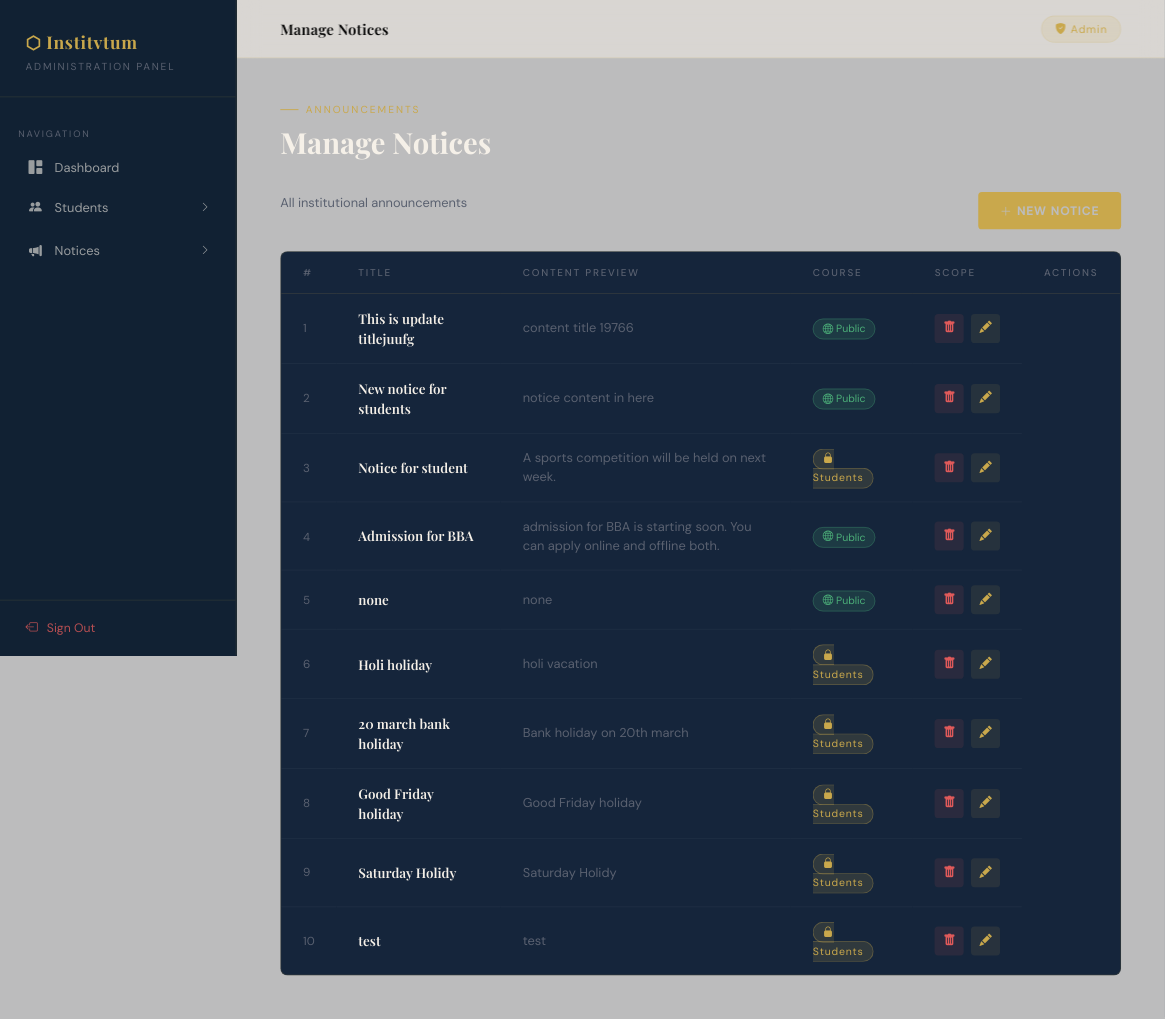
Repository: Yashaswini-penumarthi/x24262404-devops-project
Page: http://localhost/admin_panel/manage_notices/
The author's editor kept a record of every edit. The page is drawn from the files as they stood at one moment, then again after the next edit.
The browser window is 1280 px wide. The pictures show the whole page, at 91% of full size.
The page is served by the project's application, run on Django 4.2 (manage.py). Other server files are loaded and not shown. The page reads the database file committed with the project.

Above is the page before.

### templates/admin/manage_notices.html
{% extends 'admin/admin_base.html' %}

{% block title %}Admin — Manage Notices{% endblock %}
{% block top_title %}Manage Notices{% endblock %}

{% block body %}
<div class="page-heading">
  <div class="eyebrow">Announcements</div>
  <h1>Manage Notices</h1>
</div>

<div style="display:flex;justify-content:space-between;align-items:center;margin-bottom:24px;">
  <p style="color:var(--muted);font-size:0.88rem;">All institutional announcements</p>
  <a href="{% url 'add_notice' %}" class="btn-submit" style="text-decoration:none;padding:11px 24px;font-size:0.8rem;">
    <i class="bi bi-plus-lg"></i> New Notice
  </a>
</div>

<div class="panel-card">
  <table class="data-table">
    <thead>
      <tr>
        <th>#</th>
        <th>Title</th>
        <th>Content Preview</th>
        <th>Course</th>
        <th>Scope</th>
        <th>Actions</th>
      </tr>
    </thead>
    <tbody>
      {% for notice in notices %}
      <tr>
        <td style="color:var(--muted);font-size:0.8rem;">{{ forloop.counter }}</td>
        <td style="font-family:'Playfair Display',serif;font-weight:600;color:var(--cream);font-size:0.92rem;">{{ notice.title }}</td>
        <td style="color:var(--muted);max-width:380px;">{{ notice.content|truncatechars:80 }}</td>
        <td>
          {% if notice.isPublic %}
            <span class="badge-success"><i class="bi bi-globe2"></i> Public</span>
          {% else %}
            <span class="badge-gold"><i class="bi bi-lock-fill"></i> Students</span>
          {% endif %}
        </td>
        <td>
          <div style="display:flex;gap:8px;">
            <a href="{% url 'delete_notice' notice.id %}" class="action-btn action-btn-danger" title="Delete">
              <i class="bi bi-trash-fill"></i>
            </a>
            <button class="action-btn action-btn-primary" data-bs-toggle="modal" data-bs-target="#editModal{{ notice.id }}" title="Edit">
              <i class="bi bi-pencil-fill"></i>
            </button>
          </div>
        </td>
      </tr>

      <!-- EDIT MODAL -->
      <div class="modal fade" id="editModal{{ notice.id }}" tabindex="-1" aria-hidden="true">
        <div class="modal-dialog modal-lg modal-dialog-centered">
          <div class="modal-content">
            <div class="modal-header">
              <h5 class="modal-title"><i class="bi bi-pencil-square" style="color:var(--gold);margin-right:8px;"></i> Edit Notice</h5>
              <button type="button" class="btn-close" data-bs-dismiss="modal"></button>
            </div>
            <form action="{% url 'update_notice' notice.id %}" method="post">
              {% csrf_token %}
              <div class="modal-body">
                <div class="field-group">
                  <label class="field-label">Title</label>
                  <input type="text" name="title" value="{{ notice.title }}" class="field-input" required>
                </div>
                <div class="field-group">
                  <label class="field-label">Content</label>
                  <textarea name="content" class="field-input" rows="6">{{ notice.content }}</textarea>
                </div>
                <div class="field-group">
                  <label class="field-label">Course</label>
                  <textarea name="content" class="field-input" rows="6">{{ notice.course }}</textarea>
                </div>
                <div class="field-group">
                  <label class="field-label">Visibility</label>
                  <select name="status" class="field-input">
                    <option value="True" {% if notice.isPublic %}selected{% endif %}>Public — Visible to everyone</option>
                    <option value="False" {% if not notice.isPublic %}selected{% endif %}>Students Only</option>
                  </select>
                </div>
              </div>
              <div class="modal-footer">
                <button type="button" class="btn btn-secondary" data-bs-dismiss="modal" style="background:rgba(255,255,255,0.06);border:1px solid rgba(255,255,255,0.1);color:var(--cream);border-radius:4px;padding:9px 20px;">Cancel</button>
                <button type="submit" class="btn-submit" style="padding:9px 24px;font-size:0.8rem;">Update Notice</button>
              </div>
            </form>
          </div>
        </div>
      </div>
      {% endfor %}
    </tbody>
  </table>
</div>
{% endblock %}

### main/models.py
from django.db import models

class AboutPage(models.Model):
    """About page model."""
    about = models.TextField()

    def __str__(self):
        return str(self.about)


class ContactPage(models.Model):
    """Contact page model."""
    address = models.TextField()
    contact_num = models.IntegerField()
    email = models.EmailField()

    def __str__(self):
        return str(self.address)


class Student(models.Model):
    """Student model."""
    full_name = models.CharField(max_length=100)
    father_name = models.CharField(max_length=100)
    mother_name = models.CharField(max_length=100)
    gender = models.CharField(max_length=50, default="Male")
    address = models.CharField(max_length=100)
    city = models.CharField(max_length=50)
    email = models.EmailField()
    contact_num = models.IntegerField(default=1234567)
    date_of_birth = models.DateField()
    course = models.CharField(max_length=50)
    stu_id = models.CharField(max_length=50)
    user_name = models.CharField(max_length=50)
    password = models.CharField(max_length=100)

    def __str__(self):
        return str(self.full_name)


class Notice(models.Model):
    """Notice model."""
    title = models.CharField(max_length=200)
    content = models.TextField()
    isPublic = models.BooleanField(default=False)

    def __str__(self):
        return str(self.title)


class Teacher(models.Model):
    """Teacher model."""
    full_name = models.CharField(max_length=100)
    gender = models.CharField(max_length=50)
    email = models.EmailField()
    contact_num = models.CharField(max_length=20)
    qualification = models.TextField()

    def __str__(self):
        return str(self.full_name)

### notice/urls.py
from django.contrib import admin
from django.urls import path, include

urlpatterns = [
    path('admin/', admin.site.urls),
    path('', include('main.urls'))
]

### main/urls.py
from django.urls import path
from . import views

urlpatterns = [
    path('', views.home, name="home"),
    path('about/', views.about, name="about"),
    path('contact/', views.contact, name="contact"),
    path('admin_panel/dashboard', views.adminPanel, name="admin_panel"),
    path('admin_panel/login/', views.adminLogin, name="admin_login"),
    path('admin_panel/logout/', views.adminLogout, name="admin_logout"),
    path('student/login/', views.studentLogin, name="student_login"),
    path('admin_panel/add_student/', views.addStudent, name="add_student"),
    path('admin_panel/about/', views.adminAbout, name="admin_about"),
    path('admin_panel/update_about/<str:id>/', views.updateAbout, name="update_about"),
    path('admin_panel/contact/', views.adminContact, name="admin_contact"),
    path('admin_panel/update_contact/<str:id>/', views.updateContact, name="update_contact"),
    path('admin_panel/manage_students/', views.manageStudent, name="manage_students"),
    path('admin_panel/update_student/<str:id>/', views.updateStudent, name="update_student"),
    path('admin_panel/delete_student/<str:id>/', views.deleteStudent, name="delete_student"),
    path('admin_panel/add_notice/', views.addNotice, name="add_notice"),
    path('admin_panel/manage_notices/', views.manageNotices, name="manage_notices"),
    path('admin_panel/delete_notice/<str:id>/', views.deleteNotice, name="delete_notice"),
    path('admin_panel/update_notice/<str:id>/', views.updateNotice, name="update_notice"),
    path('admin_panel/add_teacher/', views.addTeacher, name="add_teacher"),
    path('admin_panel/manage_teacher/', views.manageTeachers, name="manage_teachers"),
    path('admin_panel/delete_teacher/<str:id>/', views.deleteTeacher, name="delete_teacher"),
    path('student/dashboard/', views.studentDashboard, name="student_dashboard"),
    path('student/logout/', views.studentLogout, name="student_logout"),
    path('student/update_teacher/<str:id>/', views.updateFaculty, name="update_teacher"),
    path('student/view_notices/', views.viewNotices, name="view_notices"),
    path('student/student_settings/', views.studentSettings, name="student_settings")
]

### db.sqlite3 (the tables this page reads, as SQL)
CREATE TABLE "main_notice" ("id" integer NOT NULL PRIMARY KEY AUTOINCREMENT, "title" varchar(200) NOT NULL, "content" text NOT NULL, "isPublic" bool NOT NULL, "course" varchar(50) NULL);
INSERT INTO "main_notice" VALUES
(1, 'This is update titlejuufg', 'content title 19766', 1, NULL),
(4, 'New notice for students', 'notice content in here', 1, NULL),
(5, 'Notice for student', 'A sports competition will be held on next week.', 0, NULL),
(6, 'Admission for BBA', 'admission for BBA is starting soon. You can apply online and offline both.', 1, NULL),
(8, 'none', 'none', 1, NULL),
(9, 'Holi holiday', 'holi vacation', 0, NULL),
(10, '20 march bank holiday', 'Bank holiday on 20th march', 0, 'BCA'),
(11, 'Good Friday holiday', 'Good Friday holiday', 0, 'MBA'),
(12, 'Saturday Holidy', 'Saturday Holidy', 0, 'MBA'),
(13, 'test', 'test', 0, 'MBA');

Loaded but not shown: templates/admin/admin_base.html (442 lines, source omitted); main/views.py (439 lines, source omitted)

After the next edit:
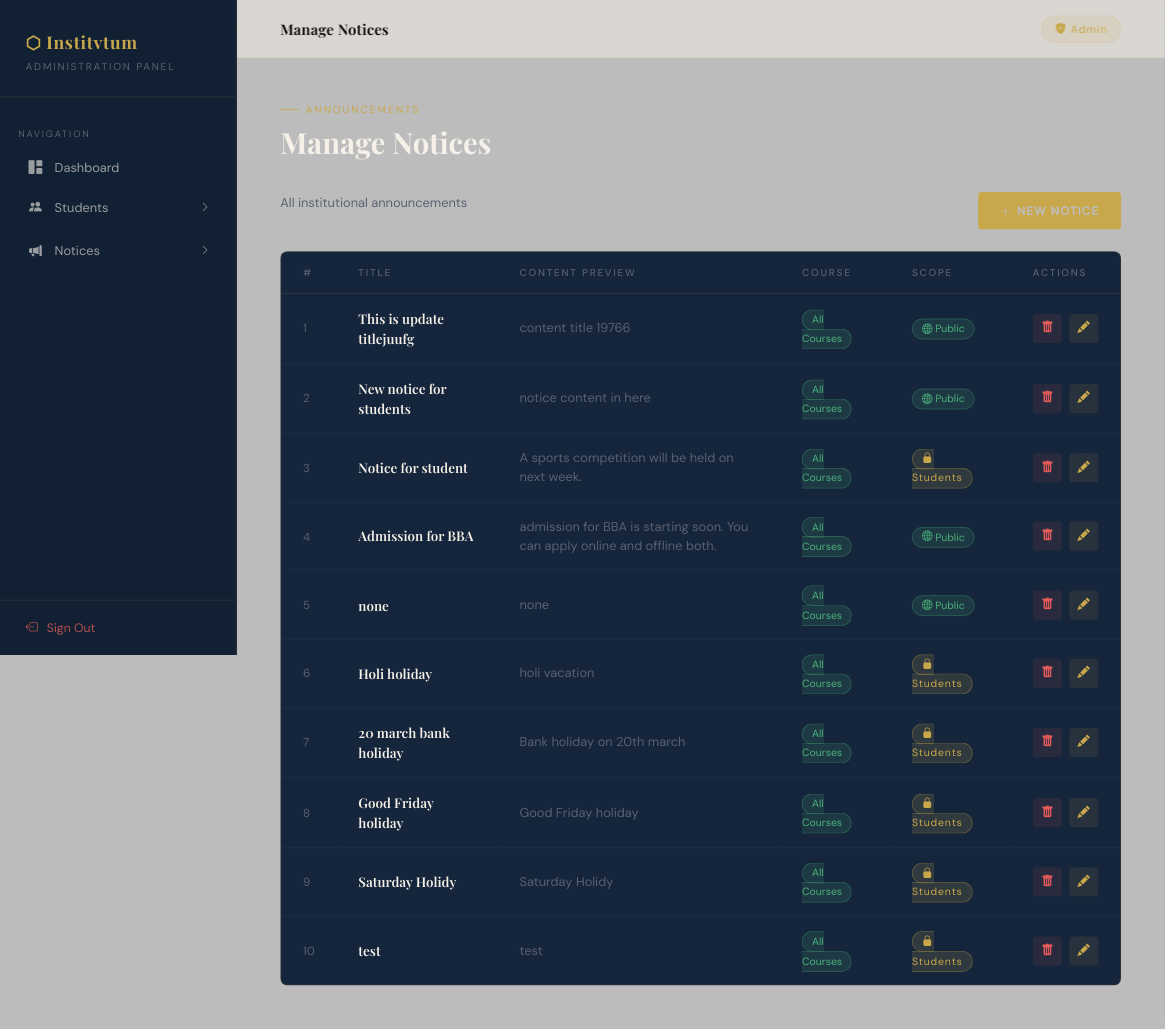
The edit:
--- a/templates/admin/manage_notices.html
+++ b/templates/admin/manage_notices.html
@@ -34,6 +34,13 @@
         <td style="color:var(--muted);font-size:0.8rem;">{{ forloop.counter }}</td>
         <td style="font-family:'Playfair Display',serif;font-weight:600;color:var(--cream);font-size:0.92rem;">{{ notice.title }}</td>
         <td style="color:var(--muted);max-width:380px;">{{ notice.content|truncatechars:80 }}</td>
+        <td>
+          {% if notice.course %}
+            <span class="badge-gold">{{ notice.course }}</span>
+          {% else %}
+            <span class="badge-success">All Courses</span>
+          {% endif %}
+        </td>
         <td>
           {% if notice.isPublic %}
             <span class="badge-success"><i class="bi bi-globe2"></i> Public</span>
